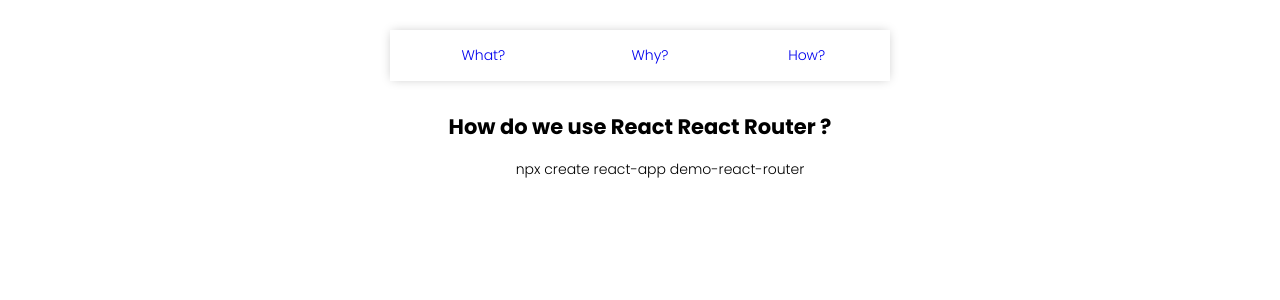
Repository: nguy3nds/2021-18-9-react
Page: /about
The author's editor kept a copy of each file at every save. The page is drawn from the files as they stood at one save, then again after the next save.
The browser window is 1280 px wide. The pictures show the whole page.
The project was rebuilt for these pictures with package versions that can differ from the ones it lists, and the page was loaded fresh each time. Also part of the build but not shown: src/components/What.js, src/components/Why.js.

Above is the page before, as saved 2021-09-19 00:03:47.

After the next save:
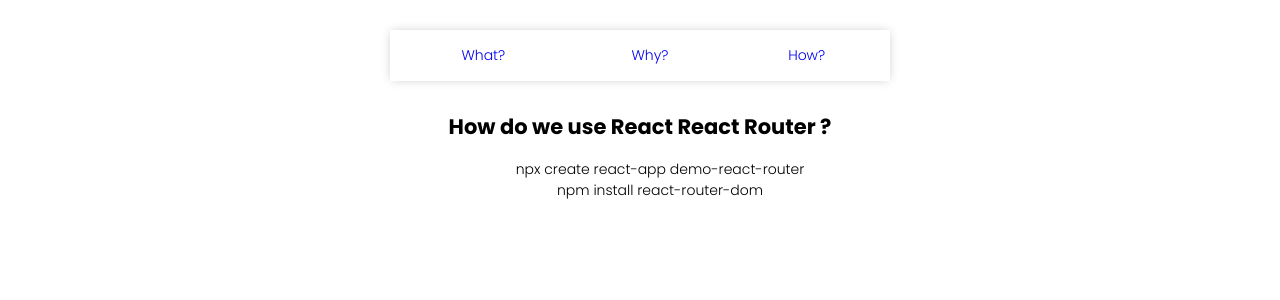
Saved 7 s later.
--- a/src/components/How.js
+++ b/src/components/How.js
@@ -4,7 +4,7 @@ export default function Why() {
       <h2>How do we use React React Router ?</h2>
       <ul>
         <li>npx create react-app demo-react-router</li>
-        <li></li>
+        <li>npm install react-router-dom</li>
       </ul>
     </div>
   );
